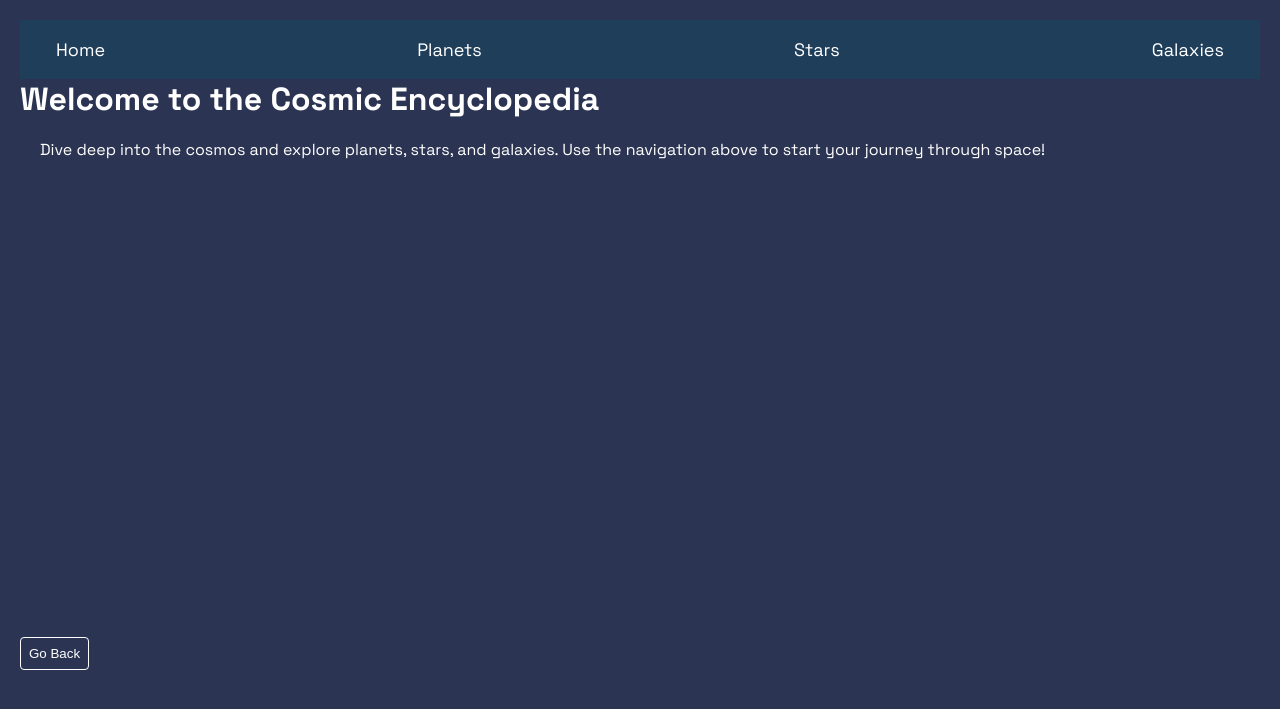
Repository: rmdayberry/Cosmic-Encyclopedia
Page: /
The author's editor kept a copy of each file at every save. The page is drawn from the files as they stood at one save, then again after the next save.
The browser window is 1280 px wide. The pictures show the whole page.
The project was rebuilt for these pictures with package versions that can differ from the ones it lists, and the page was loaded fresh each time. Also part of the build but not shown: vite.config.js, src/data/celestialData.js, src/pages/ContentPage.jsx.

Above is the page before, as saved 2024-08-31 16:09:36.

### index.html
<!DOCTYPE html>
<html lang="en">
  <head>
    <meta charset="UTF-8" />
    <meta name="viewport" content="width=device-width, initial-scale=1.0" />
    <title>Cosmic Encyclopedia</title>
  </head>
  <body>
    <div id="root"></div>
    <script type="module" src="/src/main.jsx"></script>
  </body>
</html>

### src/App.jsx
import { BrowserRouter as Router, Routes, Route } from "react-router-dom";
import NavBar from "./NavBar";
import NavigateBackButton from "./NavigateBackButton";

//pages
import Homepage from "./pages/Homepage";
import ContentPage from "./pages/ContentPage";

function App() {
  return (
    <Router>
      <NavBar />
      <Routes>
        <Route path="/" element={<Homepage />} />
        <Route path="/:id" element={<ContentPage />} />
      </Routes>
      <NavigateBackButton />
    </Router>
  );
}

export default App;

### src/index.css
@import url("https://fonts.googleapis.com/css2?family=Space+Grotesk:wght@300..700&display=swap");

:root {
  --primary: #1f3e5a;
  --secondary: #2b3452;
}

body {
  margin: 0;
  padding: 20px;
  font-family: "Space Grotesk";
  background-color: var(--secondary);
}
* {
  color: #fff;
  margin: 0;
}

p {
  margin: 20px;
}

button {
  border: 1px solid white;
  padding: 8px;
  border-radius: 4px;
  color: white;
  background: var(--primary);
  cursor: pointer;
}

.nav-bar {
  display: flex;
  justify-content: space-between;
  gap: 16px;
  align-items: center;
  padding: 10px 20px;
  background-color: var(--primary);
}

.nav-bar a {
  color: white;
  text-decoration: none;
  padding: 8px 16px;
  font-size: 18px;
  transition: color 0.3s;
}

.nav-bar a:hover {
  color: orangered;
}

.backBtn {
  position: absolute;
  bottom: 50px;
  left: 20px;
  background-color: var(--secondary);
  transition: color 0.3s;
}
.backBtn:hover {
  background-color: orangered;
}

### src/NavBar.jsx
import { Link } from "react-router-dom";

export default function NavBar() {
  return (
    <nav className="nav-bar">
      <Link to="/">Home</Link>
      <Link to="/planets">Planets</Link>
      <Link to="/stars">Stars</Link>
      <Link to="/galaxies">Galaxies</Link>
    </nav>
  );
}

### src/NavigateBackButton.jsx
import { useNavigate } from "react-router-dom";

const NavigateBackButton = () => {
  const navigate = useNavigate();

  return (
    <button className="backBtn" onClick={() => navigate(-1)}>
      Go Back
    </button>
  );
};

export default NavigateBackButton;

### src/pages/Homepage.js
const Homepage = () => {
  return (
    <div>
      <h1>Welcome to the Cosmic Encyclopedia </h1>
      <p>
        Dive deep into the cosmos and explore planets, stars, and galaxies. Use
        the navigation above to start your journey through space!
      </p>
    </div>
  );
};

export default Homepage;

Loaded but not shown: src/main.jsx (common file)

After the next save:
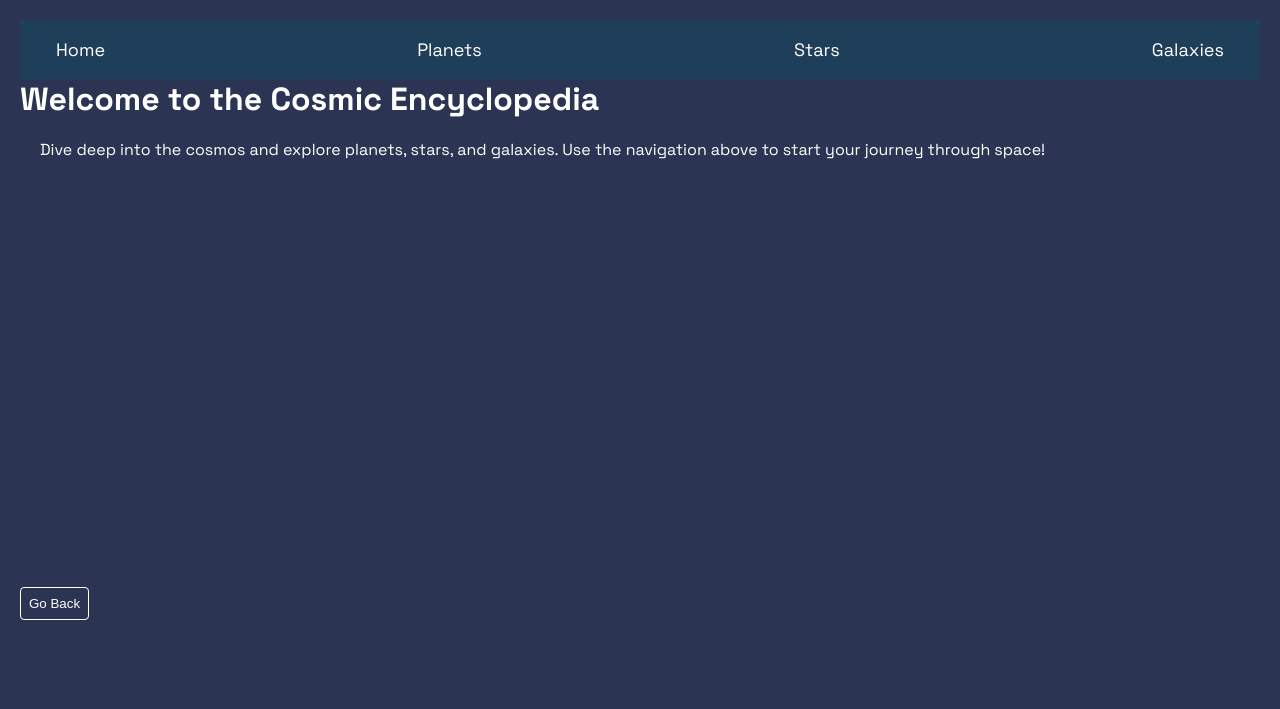
Saved 9 s later.
--- a/src/index.css
+++ b/src/index.css
@@ -52,7 +52,7 @@ button {
 
 .backBtn {
   position: absolute;
-  bottom: 50px;
+  bottom: 100px;
   left: 20px;
   background-color: var(--secondary);
   transition: color 0.3s;
